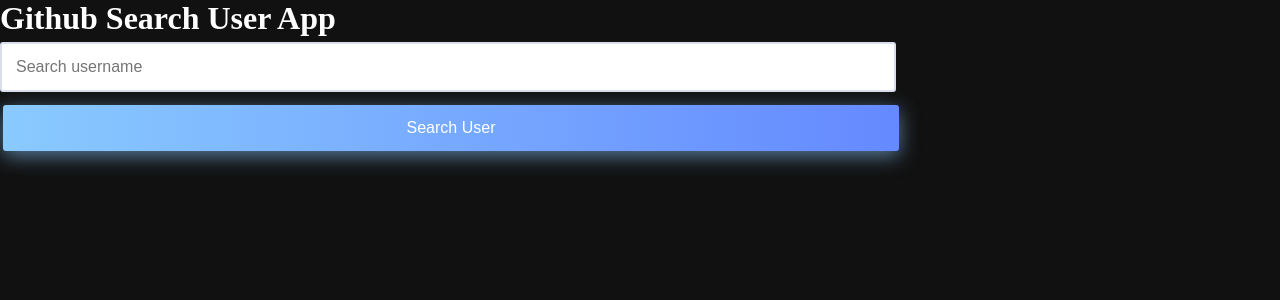
Repository: solox-cyber/Github-search-user
Page: index.html
An editor plug-in stored every save of this project. The page is shown before and after the next save, followed by the edit.
The browser window is 1280 px wide. The pictures show the whole page.

Above is the page before, as saved 2023-03-25 18:52:06.

After the next save:
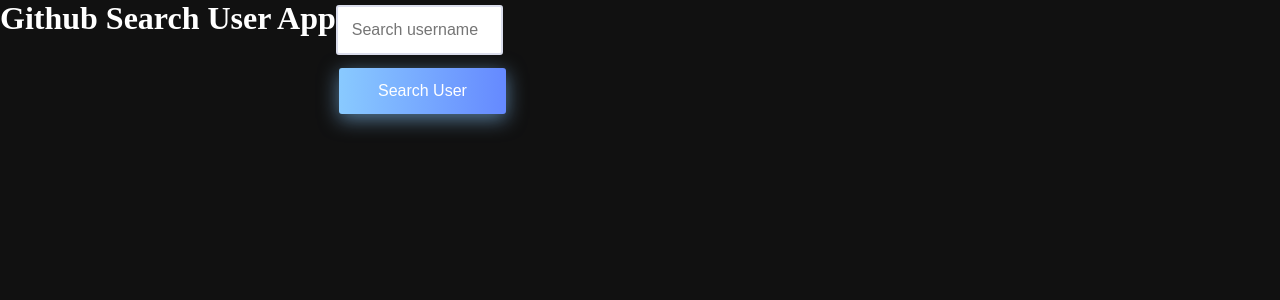
Saved 10 s later.
--- a/style.css
+++ b/style.css
@@ -12,7 +12,8 @@
 }
 .container{
     position: relative;
-    dis
+    display:flex;
+    jus
 
 }
 
